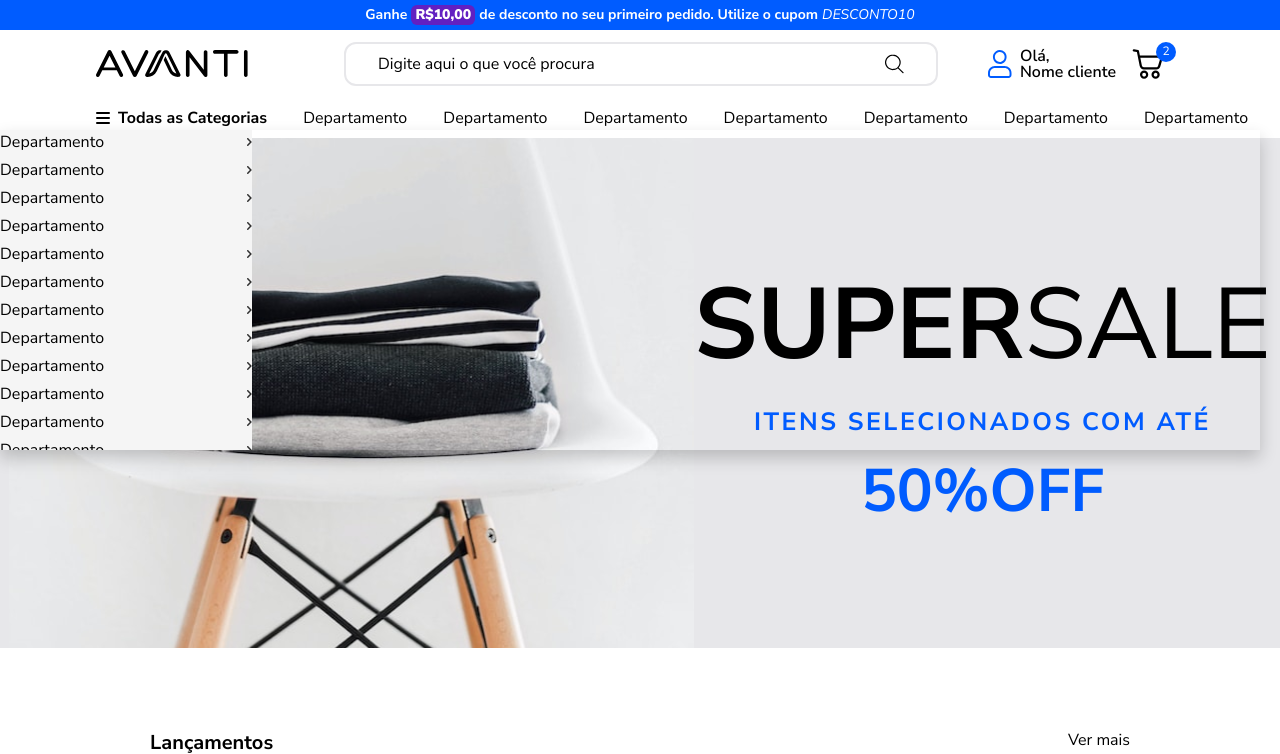
Repository: chidekina/avanti-01
Page: index.html
These files come from the project's save history. The page is drawn as it stood at one moment and after the next save; the edit follows.
The browser window is 1280 px wide. The pictures show the part of the page from y = 0 to 754 px (the page is 4120 px tall).
A picture or video elsewhere on the page could not be fetched, so the positions and the page height are approximate.

Above is the page before, as saved 2025-04-11 20:02:17.

### index.html
<!DOCTYPE html>
<html lang="en">
  <head>
    <meta charset="UTF-8" />
    <meta name="viewport" content="width=device-width, initial-scale=1.0" />
    <script src="https://cdn.jsdelivr.net/npm/@tailwindcss/browser@4"></script>
    <link rel="preconnect" href="https://fonts.googleapis.com" />
    <link rel="preconnect" href="https://fonts.gstatic.com" crossorigin />
    <link href="https://fonts.googleapis.com/css2?family=Nunito+Sans:ital,opsz,wght@0,6..12,200..1000;1,6..12,200..1000&family=Nunito:ital,wght@0,200..1000;1,200..1000&display=swap" rel="stylesheet" />
    <title>Avanti</title>
    <link rel="icon" type="image" href="./assets/avanti-icon.svg" />
    <link rel="stylesheet" href="style.css" />
    <link rel="stylesheet" href="https://cdn.jsdelivr.net/npm/swiper/swiper-bundle.min.css">
  </head>
  <body>
    <header class="mb-2">
      <h1 class="flex justify-center items-center bg-(--primary-color) text-white text-sm h-[30px] font-bold">
        Ganhe
        <b class="flex justify-center mx-1 bg-(--secondary-color) heigth-[16px] w-[64px] rounded-md">R$10,00</b>
        de desconto no seu primeiro pedido. Utilize o cupom
        <i class="font-normal ml-1">DESCONTO10</i>
      </h1>
      <div class="mt-3 mb-5 px-24 flex justify-between w-full">
        <div class="flex gap-24">
          <img src="./assets/logo.svg" alt="Avanti Logo" class="w-[152px]" />
          <label>
            <div class="flex justify-between py-2 border-2 border-solid border-(--bg-color) px-8 rounded-xl cursor-text w-[594px]">
              <input type="text" placeholder="Digite aqui o que você procura" class="placeholder-black outline-none focus:placeholder-transparent w-1/2" />
              <img src="./assets/search.svg" />
            </div>
          </label>
        </div>
        <div class="flex gap-4">
          <div class="flex gap-2 items-center">
            <img src="./assets/user.svg" alt="icone do usuario" class="w-[24px]" />
            <h6 class="leading-none font-semibold">
              Olá,<br />
              Nome cliente
            </h6>
          </div>
          <div class="flex">
            <img src="./assets/cart.svg" alt="imagem de um carrinho de compras" class="w-[32px]" />
            <div class="relative bg-(--primary-color) w-[20px] h-[20px] text-center text-white text-[12px] rounded-full right-2">2</div>
          </div>
        </div>
      </div>
      <div class="flex px-24 w-full">
        <ul class="flex gap-9">
          <li>
          <a href="#">
            <div class="flex gap-2 w-max">
              <img src="./assets/menu-hamburger.svg" alt="menu hamburguer" />
              <h5 class="font-bold" id="menu-button w-fit">Todas as Categorias</h5>
            </div>
          </a>
        </li>
        <li>
          <a href="#"> Departamento </a>
        </li>
        <li>
          <a href="#"> Departamento </a>
        </li>
        <li>
          <a href="#"> Departamento </a>
        </li>
        <li>
          <a href="#"> Departamento </a>
        </li>
        <li>
          <a href="#"> Departamento </a>
        </li>
        <li>
          <a href="#"> Departamento </a>
        </li>
        <li>
          <a href="#"> Departamento </a>
        </li>
        </ul>
      </div>
      <div class="flex w-[1260px] h-[320px]" id="dropdown-content">
        <ul class="flex flex-col gap-1 bg-(--bg-lighter) overflow-y-scroll w-1/5" id="categories-list">
        </ul>
      </div>
    </header>
    <main>
      <section class="flex justify-center items-center w-full height-[510px] bg-(--bg-color) font-(--font-secondary)">
        <img src="./assets/chair.svg" alt="Foto de uma cadeira com roupas dobradas em cima" />
        <div class="flex flex-col gap-1 text-center">
          <h1 class="text-[100px]"><b>SUPER</b>SALE</h1>
          <h4 class="text-[25px] text-(--primary-color) font-bold tracking-widest">ITENS SELECIONADOS COM ATÉ</h4>
          <h4 class="text-[60px] text-(--primary-color) font-bold">50%OFF</h4>
        </div>
      </section>
<carousel-section></carousel-section>
      </section>
  <description-section></description-section>
  <section class="flex w-full bg-(--bg-light) px-[200px] py-[42px] font-(--font-secondary) my-[40px]">
    <div class="text-center text-(--text-color) w-1/2 mr-5">
      <h1 class="text-[30px] font-bold mb-10">
        Lorem ipsum
      </h1>
      <ul class="flex flex-col text-start gap-15">
        <li class="flex gap-6">
          <img src="./assets/pin.svg">
          <p>
            Aenean massa. Cum sociis natoque penatibus et magnis dis parturient montes, nascetur ridiculus mus. Donec quam felis, ultricies nec, pellentesque eu, pretium quis, sem.
          </p>
        </li>
        <li class="flex gap-6">
          <img src="./assets/pin.svg">
          <p>
            Aenean massa. Cum sociis natoque penatibus et magnis dis parturient montes, nascetur ridiculus mus. Donec quam felis, ultricies nec, pellentesque eu, pretium quis, sem.
          </p>
        </li>
        <li class="flex gap-6">
          <img src="./assets/pin.svg">
          <p>
            Aenean massa. Cum sociis natoque penatibus et magnis dis parturient montes, nascetur ridiculus mus. Donec quam felis, ultricies nec, pellentesque eu, pretium quis, sem.
          </p>
        </li>
      </ul>
    </div>
    <img src="./assets/banner.svg" alt="Foto da caneca da Avanti sobre uma tabua de vegetais" class="w-1/2">
  </section>
  <section>
  <description-section></description-section>
  <carousel-section></carousel-section>

  </section>
  <section>
    <img src="./assets/banner2.svg" alt="Foto da entrada da loja da Avanti" />
    <div class="absolute h-[126px] bg-(--primary-color) w-full bottom-[-3080px] text-white text-[30px] font-(--font-secondary)">
      <h1 class="flex justify-center h-full items-center">Entre em contato conosco e verifique a disponibilidade para sua região!</h1>
    </div>
  </section>
  <section class="flex flex-col my-[50px] gap-6 items-center">
    <h2 class="font-bold text-center text-[20px]">
      Cadastre-se na nossa <b class="text-(--primary-color)">newsletter</b>
    </h2>
    <div class="flex w-[1260px] h-[170px] items-center justify-center bg-(--bg-light) rounded-lg gap-6">
      <input type="text" placeholder="Digite seu nome" class="outline-none rounded-lg bg-white placeholder:text-black w-[260px] h-[48px] focus:placeholder-transparent pl-4"/>
      <input type="text" placeholder="Digite seu e-mail" class="outline-none rounded-lg bg-white placeholder:text-black w-[260px] h-[48px] focus:placeholder-transparent pl-4"/>
      <div class="flex gap-1">
      <input type="checkbox" />
      <h5 class="text-[#656565] text-[12px] font-bold">Estou de acordo com a <a href="#" class="underline">Política de Privacidade</a></h5>
    </div>
    </div>
  </section>
  <section class="text-center px-[200px] py-[64px] bg-(--bg-lighter)">
    <div class="flex justify-around mb-10">
    <div class="flex flex-col gap-5">
      <img src="./assets/logo.svg" alt="Logo Avanti" />
      <ul class="flex gap-5 justify-around items-center">
        <li>
          <a href="#">
            <img src="./assets/social-links/instagram.svg" alt="Logo do instagram" />
          </a>
        </li>
        <li>
          <a href="#">
            <img src="./assets/social-links/facebook.svg" alt="Logo do instagram" />
          </a>
        </li>
        <li>
          <a href="#">
            <img src="./assets/social-links/youtube.svg" alt="Logo do instagram" />
          </a>
        </li>
        <li>
          <a href="#">
            <img src="./assets/social-links/tiktok.svg" alt="Logo do instagram" />
          </a>
        </li>
      </ul>
    </div>
    <ul class="flex flex-col gap-4">
      <li class="font-bold">
        <a href="">
          Institucional
        </a>
      </li>
      <li>
        <a href="">
          Sobre Nós
        </a>
      </li>
      <li>
        <a href="">
          Nossas lojas
        </a>
      </li>
      <li>
        <a href="">
          Privacidade e Segurança
        </a>
      </li>
      <li>
        <a href="">
          Termos e condições
        </a>
      </li>
    </ul>
    <ul class="flex flex-col gap-4">
      <li class="font-bold">
        <a href="">
          Central de ajuda
        </a>
      </li>
      <li>
        <a href="">
          Fale Conosco
        </a>
      </li>
      <li>
        <a href="">
          Frete e Entrega
        </a>
      </li>
      <li>
        <a href="">
          Trocas e Devoluções
        </a>
      </li>
      <li>
        <a href="">
          Formas de Pagamento
        </a>
      </li>
      <li>
        <a href="">
          FAQ
        </a>
      </li>
    </ul>
    <ul class="flex flex-col gap-4">
      <li class="font-bold">
          Atendimento
      </li>
      <li>
         <b>Telefone:</b> (00) 1234-5678
      </li>
      <li>
        <b>E-mail:</b> exemplo@exemplo.com.br
      </li>
      <li>
        <b>Horário de atendimento:</b><br>
          Segunda a Sábado: 07h00 às 23h00<br>
          Domingos e Feriados:  07h00 às 21h00
      </li>
    </ul>
  </div>
<div>
<ul class="flex gap-10 justify-center">
  <li>
    <img src="./assets/payments/amex.svg" alt="Logo Amex" />
  </li>
  <li>
    <img src="./assets/payments/mastercard.svg" alt="Logo Mastercard" />
  </li>
  <li>
    <img src="./assets/payments/visa.svg" alt="Logo Visa" />
  </li>
  <li>
    <img src="./assets/payments/hipercard.svg" alt="Logo Hipercard" />
  </li>
  <li>
    <img src="./assets/payments/elo.svg" alt="Logo Elo" />
  </li>
  <li>
    <img src="./assets/payments/dinners.svg" alt="Logo Dinners" />
  </li>
  <li>
    <img src="./assets/payments/paypal.svg" alt="Logo Paypal" />
  </li>
  <li>
    <img src="./assets/payments/pix.svg" alt="Logo Pix" />
  </li>
  <li>
    <img src="./assets/payments/boleto.svg" alt="Logo Boleto" />
  </li>
</ul>
</div>
  </section>
    </main>
    <footer class="flex flex-col gap-5 my-10">
      <div class="flex flex-col text-center justify-center items-center">
        <p class="w-[1000px] text-[12px]">
          Lorem ipsum dolor sit amet, consectetuer adipiscing elit, sed diam nonummy nibh euismod tincidunt ut laoreet dolore magna aliquam erat volutpat. Ut wisi enim ad minim veniam, quis nostrud exerci tation ullamcorper suscipit lobortis nisl ut aliquip ex ea commodo consequat. Duis autem vel eum iriure dolor in hendrerit in vulputate velit esse molestie consequat, vel illum dolore eu feugiat nulla facilisis at vero eros et accumsan et iusto odio dignissim qui blandit praesent luptatum zzril delenit augue duis dolore te feugait nulla facilisi.
        </p>
      </div>
        <ul class="flex justify-center gap-10">
          <li>
            <img src="./assets/logos/encrypt-logo.svg" alt="Logo da Lets Encrypt">
          </li>
          <li>
            <img src="./assets/logos/vtex-pci-logo.svg" alt="Logo da VTEX e da PCI certified">
          </li>
          <li>
            <img src="./assets/logo.svg" alt="Logo da Avanti">
          </li>
          <li>
            <img src="./assets/logos/vtex-logo.svg" alt="Logo da VTEX">
          </li>
        </ul>
      </footer>
    <script src="https://cdn.jsdelivr.net/npm/swiper/swiper-bundle.min.js"></script>
    <script src="app.js"></script>
  </body>
</html>

### style.css
:root {
    font-family: "Nunito Sans", sans-serif;
    --primary-color: #005CFF;
    --secondary-color: #6220C1;
    --text-color: #4F4F4F;
    --bg-color: #E7E7EA;
    --bg-dark: #C2C2C2;
    --bg-light: #DEDEDE;
    --bg-lighter: #F5F5F5;
    --font-secondary: "Nunito", sans-serif;
}

#dropdown-content {
    position: absolute;
    z-index: 1;
    box-shadow: 0px 8px 16px 0px rgba(0,0,0,0.2);
}

### app.js
class Carousel extends HTMLElement {
    constructor() {
      super();
    }

    connectedCallback() {
      this.render();
      this.initSlides();
      this.initSwiper();
    }

    render() {
      this.innerHTML = `
        <section class="py-[80px] px-[150px]">
          <div>
            <div class="flex justify-between mb-4">
              <h3 class="font-bold text-[20px]">Lançamentos</h3>
              <h4>Ver mais</h4>
            </div>
            <div class="swiper">
              <div class="swiper-container">
                <ul class="swiper-wrapper" id="swiper-wrapper"></ul>
                <div class="swiper-button-next"></div>
                <div class="swiper-button-prev"></div>
                <div class="swiper-pagination"></div>
              </div>
            </div>
          </div>
        </section>
      `;
    }

    initSlides() {
      const swiperWrapper = this.querySelector("#swiper-wrapper");

      for (let i = 1; i <= 15; i++) {
        const slide = `
          <li class="swiper-slide border border-[#DDDDDD] py-1 px-1 rounded-md" style="min-width: 200px;">
            <div class="absolute">
              <h6 class="flex justify-center items-center bg-[#00264E] text-white text-[10px] w-[42px] h-[20px] rounded-sm">
                NOVO
              </h6>
            </div>
            <img src="./assets/model.svg" alt="Modelo ${i}" />
            <div class="mt-2">
              <h3 class="text-[#303030] text-[12px] mb-1 leading-none">
                Produto ${i} - Nome do Produto
              </h3>
            </div>
            <div class="flex gap-1">
              <div>
                <h4 class="text-[#303030] text-[10px] line-through leading-none">R$ 100,00</h4>
                <h4 class="text-[14px] font-bold tracking-tight">R$ 79,90</h4>
              </div>
              <div class="flex justify-center items-center bg-[#5EC0BE] text-white underline text-[8px] w-[52px] h-[16px] rounded-sm tracking-tight">
                10% OFF
              </div>
            </div>
            <h6 class="text-[10px]">Ou em até <b>10x de R$ 7,90</b></h6>
            <button class="w-full bg-[#00264E] text-white rounded-md text-[12px] h-[30px]">
              Comprar
            </button>
          </li>
        `;
        swiperWrapper.insertAdjacentHTML("beforeend", slide);
      }
    }

    initSwiper() {
      new Swiper(this.querySelector(".swiper-container"), {
        slidesPerView: 5,
        spaceBetween: 10,
        navigation: {
          nextEl: this.querySelector(".swiper-button-next"),
          prevEl: this.querySelector(".swiper-button-prev"),
        },
        pagination: {
          el: this.querySelector(".swiper-pagination"),
          clickable: true,
        },
      });
    }
  }

  customElements.define("carousel-section", Carousel);

class Description extends HTMLElement {
  connectedCallback() {
    this.innerHTML = `
     <section class="flex px-[200px] gap-5 items-center">
        <div class="flex bg-(--bg-dark) justify-center items-center">
            <img src="./assets/mug.svg" alt="Foto de uma caneca da Avanti" />
        </div>
        <div class="font-(--font-secondary) w-1/2">
            <h1 class="font-bold text-[30px]">
          Lorem Ipsum
            </h1>
            <p class="text-[12px]">
                Duis consectetur metus nec lacus auctor dignissim. Mauris vitae finibus dui. Mauris laoreet lacus ut eleifend viverra. Cras efficitur volutpat dui, in lobortis metus lacinia sit amet. Sed lacinia pharetra magna, vel pulvinar ligula hendrerit a. Maecenas fringilla porttitor tortor eget lacinia. Donec sollicitudin euismod orci, auctor fringilla magna consequat interdum. Fusce sagittis elit a libero commodo egestas efficitur id augue.<br></br>
                Duis consectetur metus nec lacus auctor dignissim. Mauris vitae finibus dui. Mauris laoreet lacus ut eleifend viverra. Cras efficitur volutpat dui, in lobortis metus lacinia sit amet. Sed lacinia pharetra magna, vel pulvinar ligula hendrerit a. Maecenas fringilla porttitor tortor eget lacinia. Donec sollicitudin euismod orci, auctor fringilla magna consequat interdum. Fusce sagittis elit a libero commodo egestas efficitur id augue.
            </p>
        </div>
        </section>
        `;
  }
};

customElements.define("description-section", Description);

const categories = document.getElementById('categories-list'); // Removed the '#' symbol

for (let i = 1; i <= 15; i++) {
  const li = document.createElement('li');
  li.className = 'flex justify-between';
  li.innerHTML = `
    <p>Departamento</p>
    <img src="./assets/arrow.svg" alt="imagem de flecha" />
  `;
  categories.appendChild(li); // Append instead of overwriting
}

After the next save:
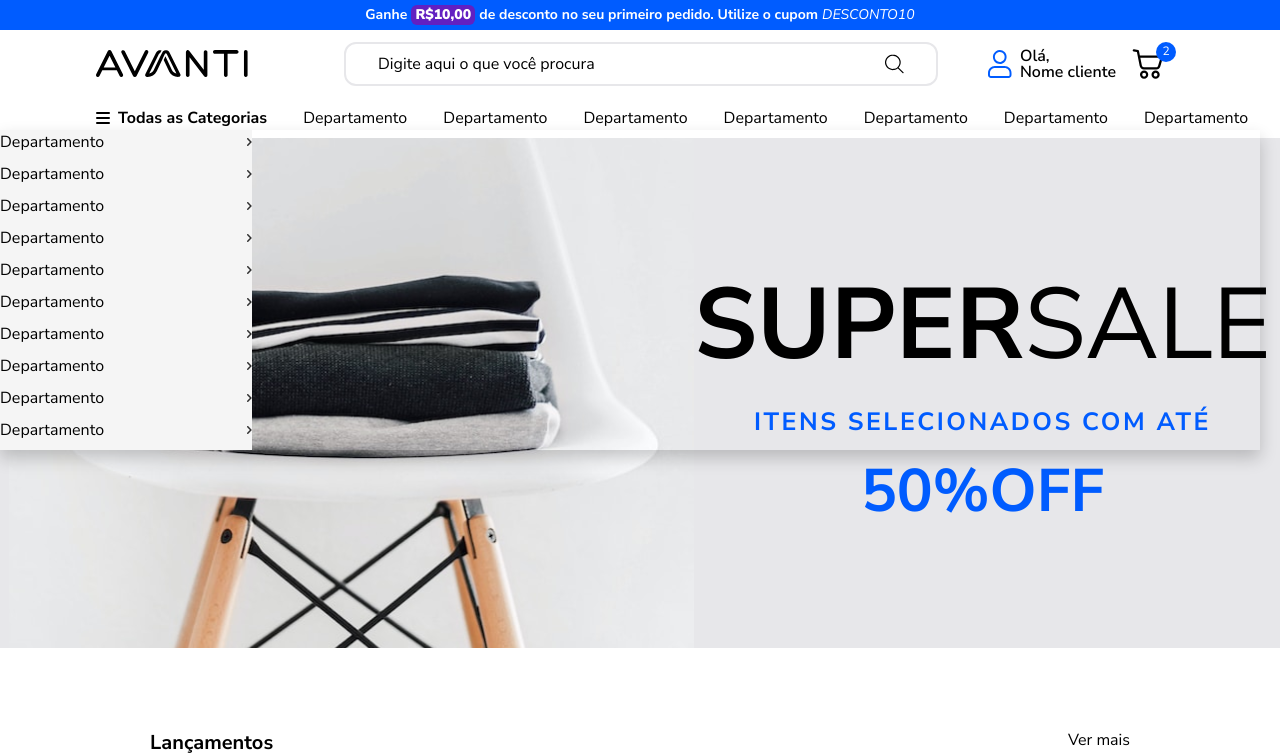
Saved 7 s later.
--- a/index.html
+++ b/index.html
@@ -78,7 +78,7 @@
         </ul>
       </div>
       <div class="flex w-[1260px] h-[320px]" id="dropdown-content">
-        <ul class="flex flex-col gap-1 bg-(--bg-lighter) overflow-y-scroll w-1/5" id="categories-list">
+        <ul class="flex flex-col gap-2 bg-(--bg-lighter) overflow-y-scroll w-1/5" id="categories-list">
         </ul>
       </div>
     </header>
